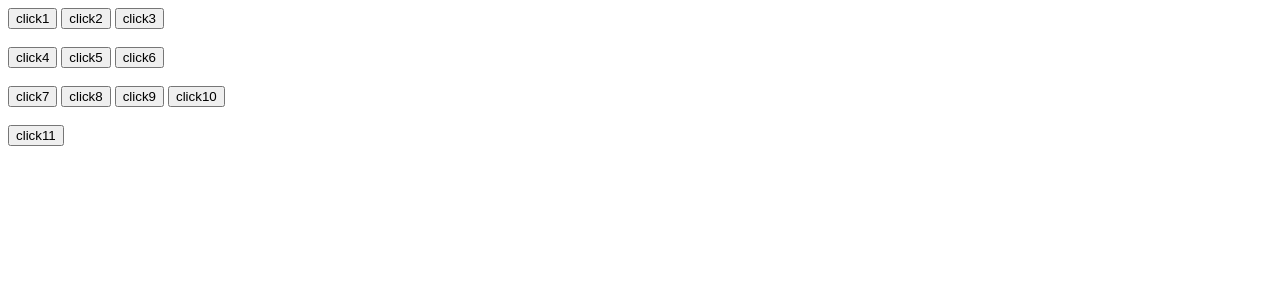
Repository: Jeong43/WebStudy
Page: JsonApp/WebContent/JsonTest07.html
These files come from the project's save history. The page is drawn as it stood at one moment and after the next save; the edit follows.
The browser window is 1280 px wide. The pictures show the whole page.

Above is the page before, as saved 2021-12-09 01:44:32.

### JsonApp/WebContent/JsonTest07.html
<!DOCTYPE html>
<html>
<head>
<meta charset="UTF-8">
<title>JsonTest07.html</title>
<script type="text/javascript">

	var myJsonObj7 =
	[
		"test"
	]

	var myJsonObj7_1 =
	[
		"test1", "test2"
	]

	var myJsonObj7_2 =
	[
		"test1", "test2", 123, 123+1
	]

</script>
</head>
<body>

<form action="">
	<!--@ → 더미로 보인다! -->
	<input type="button" value="click1" onclick="alert(myJsonObj7)" />
	<!-- → test -->

	<input type="button" value="click2" onclick="alert(myJsonObj7_1)" />
	<!-- → test1,test2 -->

	<input type="button" value="click3" onclick="alert(myJsonObj7_2)" />
	<!-- → test1,test2,123,124 -->

	<br /><br />

	<input type="button" value="click4" onclick="alert(typeof myJsonObj7)" />
	<!-- → object -->

	<input type="button" value="click5" onclick="alert(typeof myJsonObj7_1)" />
	<!-- → object -->

	<input type="button" value="click6" onclick="alert(typeof myJsonObj7_2)" />
	<!-- → object -->

	<br><br>

	<input type="button" value="click7" onclick="alert(myJsonObj7[0])" />
	<!-- → test -->

	<input type="button" value="click8" onclick="alert(typeof myJsonObj7[0])" />
	<!-- → string -->

	<input type="button" value="click9" onclick="alert(myJsonObj7[1])" />
	<!-- → undefined -->

	<input type="button" value="click10" onclick="alert(typeof myJsonObj7[1])" />
	<!-- → undefined -->

	<br /><br />

	<input type="button" value="click11" onclick="alert(myJsonObj7_1[0] + myJsonObj7_1[1])" />



</form>

</body>
</html>

After the next save:
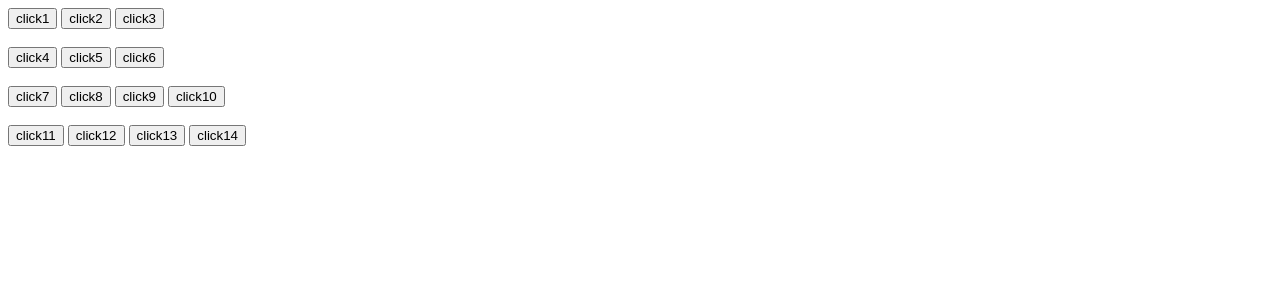
Saved 83 s later.
--- a/JsonApp/WebContent/JsonTest07.html
+++ b/JsonApp/WebContent/JsonTest07.html
@@ -63,6 +63,13 @@
 	<br /><br />
 
 	<input type="button" value="click11" onclick="alert(myJsonObj7_1[0] + myJsonObj7_1[1])" />
+	<!-- → test1test2 -->
+
+	<input type="button" value="click12" onclick="alert(typeof myJsonObj7_1[0] + myJsonObj7_1[1])" />
+
+	<input type="button" value="click13" onclick="alert(myJsonObj7_1[0] + myJsonObj7_1[1])" />
+
+	<input type="button" value="click14" onclick="alert(myJsonObj7_1[0] + myJsonObj7_1[1])" />
 
 
 
